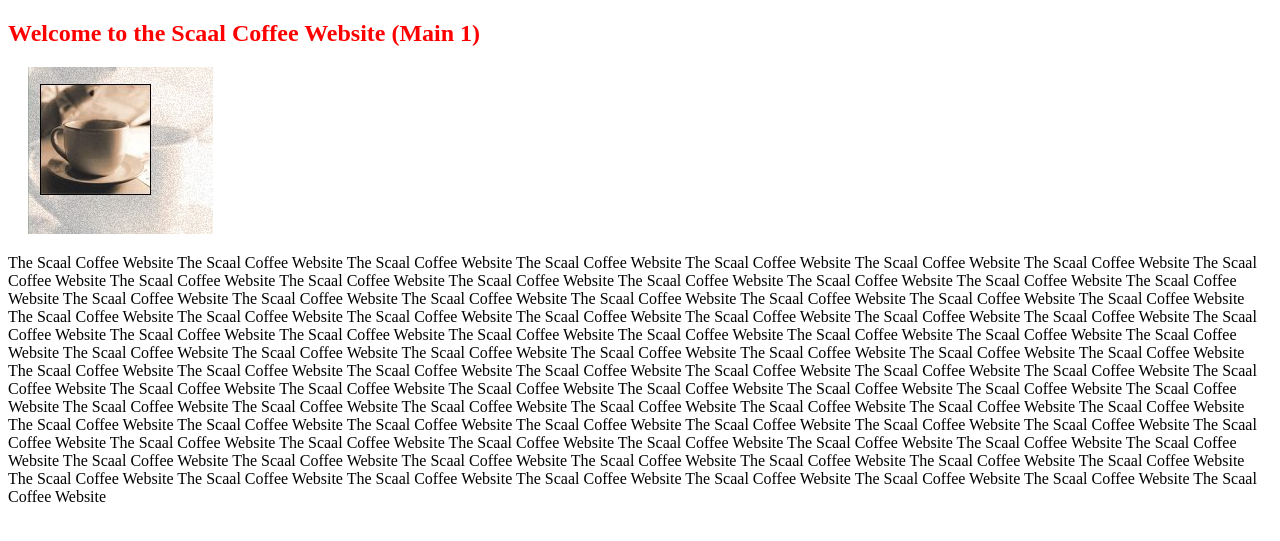
Repository: Tan-Khang21/TH_TKW--Buoi_03
Page: BT_mau/Bai_3/main1.html
These files come from the project's save history. The page is drawn as it stood at one moment and after the next save; the edit follows.
The browser window is 1280 px wide. The pictures show the whole page.

Above is the page before, as saved 2024-02-27 19:38:10.

After the next save:
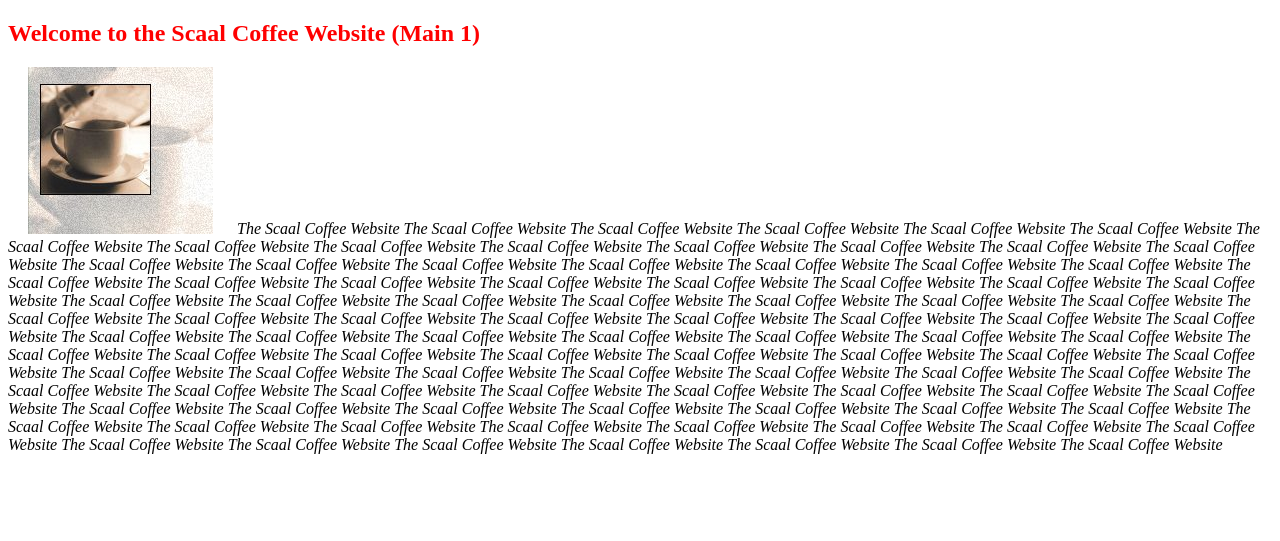
Saved 24 s later.
--- a/BT_mau/Bai_3/main1.html
+++ b/BT_mau/Bai_3/main1.html
@@ -8,7 +8,7 @@
   <body>
     <h2 style="color: red;">Welcome to the Scaal Coffee Website (Main 1)</h2>
     <img src="/BT_mau/Bai_3/images/hinh.jpg" alt="" hspace="20" />
-    <p>
+    <i>
       The Scaal Coffee Website The Scaal Coffee Website The Scaal Coffee Website
       The Scaal Coffee Website The Scaal Coffee Website The Scaal Coffee Website
       The Scaal Coffee Website The Scaal Coffee Website The Scaal Coffee Website
@@ -41,6 +41,6 @@
       The Scaal Coffee Website The Scaal Coffee Website The Scaal Coffee Website
       The Scaal Coffee Website The Scaal Coffee Website The Scaal Coffee Website
       The Scaal Coffee Website The Scaal Coffee Website The Scaal Coffee Website
-    </p>
+    </i>
   </body>
 </html>

After the save that followed:
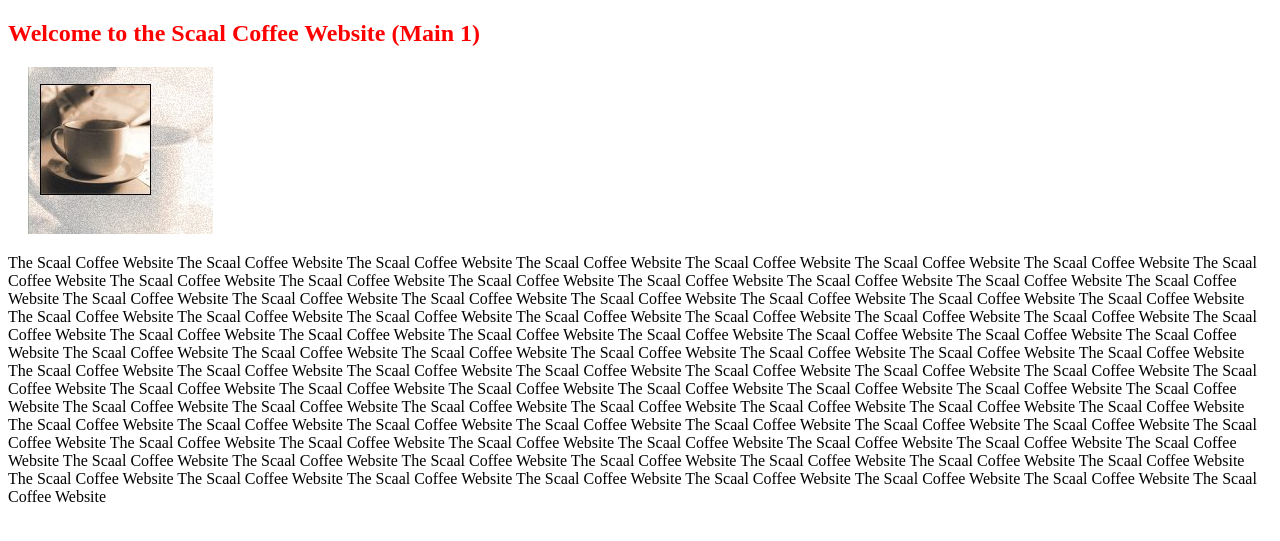
Saved 14 s later.
--- a/BT_mau/Bai_3/main1.html
+++ b/BT_mau/Bai_3/main1.html
@@ -8,7 +8,7 @@
   <body>
     <h2 style="color: red;">Welcome to the Scaal Coffee Website (Main 1)</h2>
     <img src="/BT_mau/Bai_3/images/hinh.jpg" alt="" hspace="20" />
-    <i>
+    <p>
       The Scaal Coffee Website The Scaal Coffee Website The Scaal Coffee Website
       The Scaal Coffee Website The Scaal Coffee Website The Scaal Coffee Website
       The Scaal Coffee Website The Scaal Coffee Website The Scaal Coffee Website
@@ -41,6 +41,6 @@
       The Scaal Coffee Website The Scaal Coffee Website The Scaal Coffee Website
       The Scaal Coffee Website The Scaal Coffee Website The Scaal Coffee Website
       The Scaal Coffee Website The Scaal Coffee Website The Scaal Coffee Website
-    </i>
+    </p>
   </body>
 </html>
